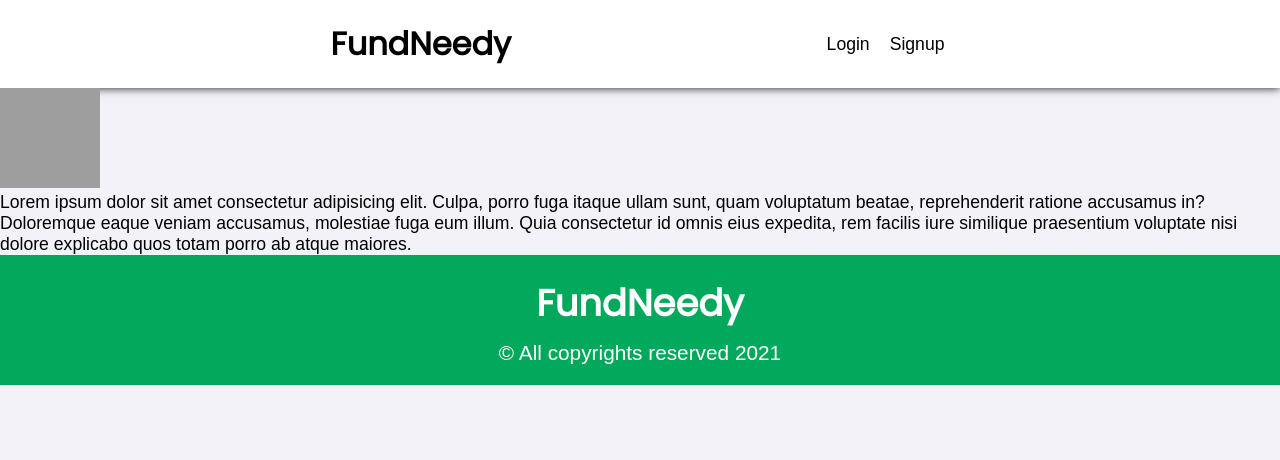
Repository: osdc/codejam
Page: /firmname (app in sassy-sandwiches/fund-needy/)
These files come from the project's save history. The page is drawn as it stood at one moment and after the next save; the edit follows.
The browser window is 1280 px wide. The pictures show the whole page.
Pictures or frames that could not be fetched are drawn as grey boxes. The project was rebuilt for these pictures with package versions that can differ from the ones it lists, and the page was loaded fresh each time. Also part of the build but not shown: sassy-sandwiches/fund-needy/src/Showcase.css, sassy-sandwiches/fund-needy/src/Showcase.js, sassy-sandwiches/fund-needy/src/Needies.css, sassy-sandwiches/fund-needy/src/Needy.css, sassy-sandwiches/fund-needy/src/Needy.js, sassy-sandwiches/fund-needy/src/Needies.js.

Above is the page before, as saved 2021-01-09 21:57:34.

### sassy-sandwiches/fund-needy/src/App.js
import React from "react";
import "./App.css";
import Navbar from "./Navbar";
import Showcase from "./Showcase";
import Needies from "./Needies";
import Footer from "./Footer";
import { BrowserRouter as Router, Route, Switch } from "react-router-dom";
import FirmFund from "./FirmFund";

function App() {
  return (
    <div className="App">
      <Router>
        <Navbar />
        <Switch>
          <Route exact path="/" component={Showcase} />
          <Route path="/needies" component={Needies} />
          <Route path="/firmname" component={FirmFund} />
        </Switch>
        <Footer />
      </Router>
    </div>
  );
}

export default App;

### sassy-sandwiches/fund-needy/src/App.css
* {
  margin: 0;
  padding: 0;
  font-family: Arial, Helvetica, sans-serif;
}

body {
  background-color: #f3f2f8;
}

### sassy-sandwiches/fund-needy/src/Navbar.js
import React from "react";
import "./Navbar.css";

function Navbar() {
  return (
    <div className="navbar">
      <div className="navbar_logo">
        <h1>FundNeedy</h1>
      </div>
      <div className="navbar_login_signup">
        <button>Login</button>
        <button>Signup</button>
      </div>
    </div>
  );
}

export default Navbar;

### sassy-sandwiches/fund-needy/src/Footer.js
import React from "react";
import "./Footer.css";

function Footer() {
  return (
    <div className="footer">
      <h1>FundNeedy</h1>
      <p>© All copyrights reserved 2021</p>
    </div>
  );
}

export default Footer;

### sassy-sandwiches/fund-needy/src/FirmFund.js
import React from "react";
import "./FirmFund.css";

function FirmFund() {
  return (
    <div className="firmFund">
      <div className="firmFund_image">
        <img
          src="https://i.pinimg.com/originals/ba/fc/15/bafc1525cef9606c5c064694ca8e60fb.jpg"
          alt=""
        />
      </div>
      <div className="firmFund_about">
        <p>
          Lorem ipsum dolor sit amet consectetur adipisicing elit. Culpa, porro
          fuga itaque ullam sunt, quam voluptatum beatae, reprehenderit ratione
          accusamus in? Doloremque eaque veniam accusamus, molestiae fuga eum
          illum. Quia consectetur id omnis eius expedita, rem facilis iure
          similique praesentium voluptate nisi dolore explicabo quos totam porro
          ab atque maiores.
        </p>
      </div>
    </div>
  );
}

export default FirmFund;

### sassy-sandwiches/fund-needy/src/Navbar.css
@import url("https://fonts.googleapis.com/css2?family=Poppins&display=swap");

.navbar {
  display: flex;
  align-items: center;
  justify-content: space-evenly;
  padding: 20px;
  -webkit-box-shadow: 0px 1px 8px 0px rgba(0, 0, 0, 0.75);
  -moz-box-shadow: 0px 1px 8px 0px rgba(0, 0, 0, 0.75);
  box-shadow: 0px 1px 8px 0px rgba(0, 0, 0, 0.75);
  background-color: #fff;
  /* position: sticky; */
  top: 0;
  z-index: 10000;
}

.navbar_logo > h1 {
  font-family: "Poppins", sans-serif;
}

.navbar_login_signup {
  display: flex;
  align-items: center;
  justify-content: space-between;
}

.navbar_login_signup > button:nth-of-type(1) {
  margin-right: 10px;
}

.navbar_login_signup > button {
  padding: 5px;
  font-size: 1.1rem;
  outline: none;
  border: none;
  background-color: #fff;
  cursor: pointer;
  width: 100%;
}

### sassy-sandwiches/fund-needy/src/Footer.css
.footer {
  text-align: center;
  background-color: #02a95c;
  color: #fff;
  padding: 20px;
}

.footer > h1 {
  font-size: 2.3rem;
  font-family: "Poppins";
}

.footer > p {
  font-size: 1.3rem;
  font-weight: 400;
  margin-top: 10px;
}

### sassy-sandwiches/fund-needy/src/FirmFund.css
.firmFund_image > img {
  height: 100px;
  width: 100px;
}

.firmFund_about > p {
  font-size: 1.1rem;
}

Loaded but not shown: sassy-sandwiches/fund-needy/public/index.html (common file); sassy-sandwiches/fund-needy/src/index.js (common file); sassy-sandwiches/fund-needy/src/index.css (common file)

After the next save:
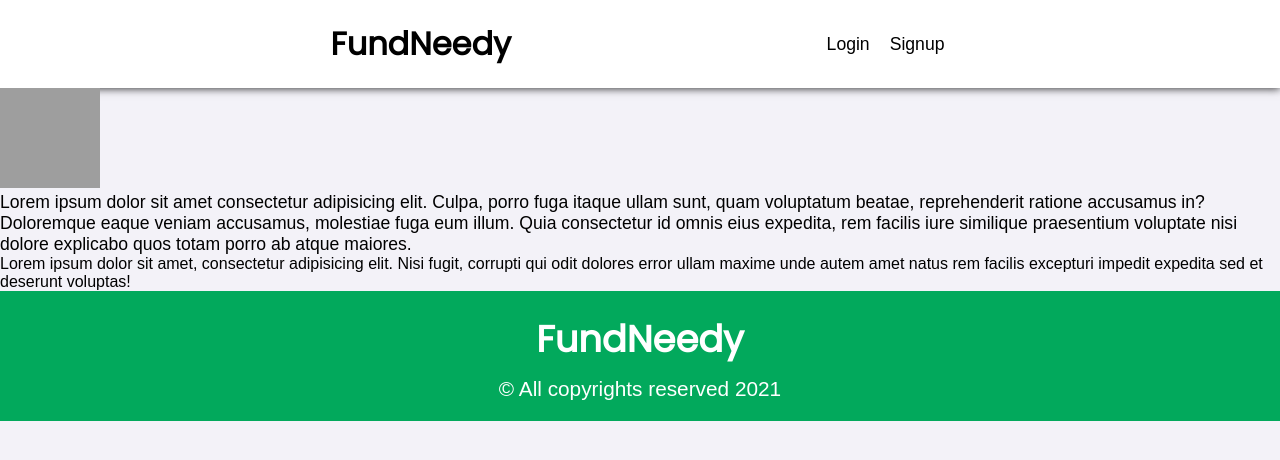
Saved 2 min 20 s later.
--- a/sassy-sandwiches/fund-needy/src/FirmFund.js
+++ b/sassy-sandwiches/fund-needy/src/FirmFund.js
@@ -20,6 +20,13 @@ function FirmFund() {
           ab atque maiores.
         </p>
       </div>
+      <div className="firmFund_need">
+        <p>
+          Lorem ipsum dolor sit amet, consectetur adipisicing elit. Nisi fugit,
+          corrupti qui odit dolores error ullam maxime unde autem amet natus rem
+          facilis excepturi impedit expedita sed et deserunt voluptas!
+        </p>
+      </div>
     </div>
   );
 }
